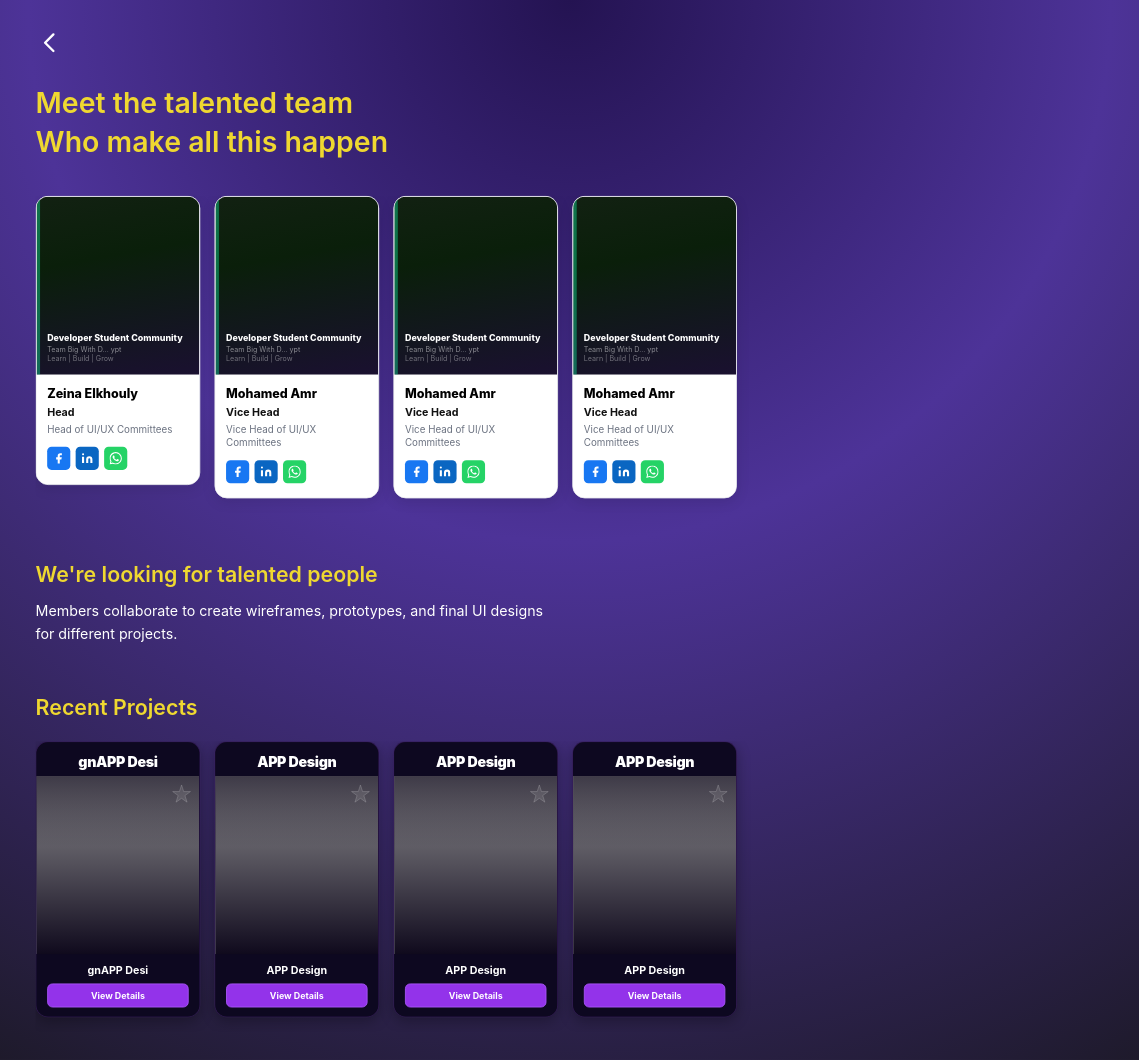
Repository: Frontend-Committee/StarUnion-Website
Page: /committees/artificial-intelligence
An editor plug-in stored every save of this project. The page is shown before and after a run of saves, followed by the edit.
The browser window is 1280 px wide. The pictures show the whole page, at 89% of full size.
Pictures or frames that could not be fetched are drawn as grey boxes. The project was rebuilt for these pictures with package versions that can differ from the ones it lists, and the page was loaded fresh each time. Also part of the build but not shown: vite.config.js, src/features/committees/components/CommitteeBadge.jsx, src/features/committees/components/CommitteeCard.jsx, src/features/committees/pages/CommitteesPage.jsx, src/components/common/Navbar.jsx, src/components/common/Footer.jsx.

Above is the page before, as saved 2026-02-26 03:31:56.

### index.html
<!doctype html>
<html lang="en">
  <head>
    <meta charset="UTF-8" />
    <meta name="viewport" content="width=device-width, initial-scale=1.0" />
    <title>star-union</title>
  </head>
  <body>
    <div id="root"></div>
    <script type="module" src="/src/main.jsx"></script>
  </body>
</html>

### src/App.jsx
import { BrowserRouter, Route, Routes } from "react-router-dom";
import "./App.css";

import CommitteeDetailsPage from "./features/committees/pages/CommitteeDetailsPage";
import CommitteesPage from "./features/committees/pages/CommitteesPage";
import MainLayout from "./layouts/MainLayout";

function App() {
  return (
    <BrowserRouter>
      <Routes>
        <Route element={<MainLayout />}>
          <Route path="/committees" element={<CommitteesPage />} />
          <Route path="/committees/:slug" element={<CommitteeDetailsPage />} />
          {/* Fallback — redirect to committees for now */}
          <Route path="*" />
        </Route>
      </Routes>
    </BrowserRouter>
  );
}

export default App;

### src/App.css
@tailwind base;
@tailwind components;
@tailwind utilities;

/* Import Inter from Google Fonts */
@import url("https://fonts.googleapis.com/css2?family=Inter:wght@400;500;600;700;800;900&display=swap");

/* Base global styles */
* {
  margin: 0;
  padding: 0;
  box-sizing: border-box;
}

html {
  scroll-behavior: smooth;
}

body {
  font-family:
    "Inter",
    -apple-system,
    BlinkMacSystemFont,
    "Segoe UI",
    Roboto,
    sans-serif;
  -webkit-font-smoothing: antialiased;
  -moz-osx-font-smoothing: grayscale;
}

/* Hide scrollbar utility */
.scrollbar-hide {
  -ms-overflow-style: none;
  scrollbar-width: none;
}
.scrollbar-hide::-webkit-scrollbar {
  display: none;
}

### src/features/committees/pages/CommitteeDetailsPage.jsx
import { motion } from "framer-motion";
import { useNavigate, useParams } from "react-router-dom";
import ScrollAnimation from "../../../components/ui/ScrollAnimation";
import {
  COMMITTEES_DATA,
  MOCK_PROJECTS,
  MOCK_TEAM_MEMBERS,
} from "../../../utils/constants";

/* ────────────────────────────────────────
   Team Member Card — matches Figma exactly
   • White card
   • Full-bleed dark photo area (top ~60%)
   • White bottom: purple name, bold role, gray desc, coloured social buttons
──────────────────────────────────────── */
const TeamCard = ({ member, delay = 0 }) => (
  <ScrollAnimation variant="fade-up" delay={delay} className="flex-shrink-0">
    <motion.div
      whileHover={{ y: -5, boxShadow: "0 16px 40px rgba(116,65,255,0.18)" }}
      transition={{ type: "spring", stiffness: 300, damping: 22 }}
      className="w-[185px] rounded-[14px] overflow-hidden border border-gray-200 bg-white flex flex-col"
      style={{ boxShadow: "0 4px 16px rgba(0,0,0,0.10)" }}
    >
      {/* ── Photo / Banner area ── */}
      <div
        className="relative w-full bg-[#111827] overflow-hidden"
        style={{ height: 200 }}
      >
        {member.photo ? (
          <img
            src={member.photo}
            alt={member.name}
            className="w-full h-full object-cover object-top"
          />
        ) : (
          /* DSC-style placeholder matching the Figma banner */
          <div
            className="w-full h-full flex flex-col justify-end p-3"
            style={{
              background:
                "linear-gradient(170deg, #122112 0%, #0a1f0a 35%, #1a1030 100%)",
            }}
          >
            {/* Green accent bar left */}
            <div className="absolute top-0 left-0 w-1 h-full bg-[#11EDA4]/40" />
            <p className="text-white font-extrabold text-[10px] leading-tight mb-0.5">
              Developer Student Community
            </p>
            <p className="text-white/50 text-[8px] leading-tight">
              Team Big With D... ypt
            </p>
            <p className="text-white/40 text-[8px]">Learn | Build | Grow</p>
          </div>
        )}
      </div>

      {/* ── Info section ── */}
      <div className="bg-white px-3 pt-3 pb-4 flex flex-col">
        <h4 className="text-primary font-extrabold text-[14px] leading-tight">
          {member.name}
        </h4>
        <p className="text-[#111] text-[12px] font-bold mt-[3px]">
          {member.role}
        </p>
        <p className="text-gray-500 text-[11px] leading-snug mt-[3px]">
          {member.description}
        </p>

        {/* Coloured icon buttons */}
        <div className="flex gap-[6px] mt-3">
          {member.socials?.facebook && (
            <a
              href={member.socials.facebook}
              className="w-[26px] h-[26px] rounded-[5px] bg-[#1877F2] flex items-center justify-center text-white hover:opacity-80 transition-opacity"
              aria-label="Facebook"
            >
              <svg
                viewBox="0 0 24 24"
                fill="currentColor"
                className="w-[14px] h-[14px]"
              >
                <path d="M18 2h-3a5 5 0 00-5 5v3H7v4h3v8h4v-8h3l1-4h-4V7a1 1 0 011-1h3z" />
              </svg>
            </a>
          )}
          {member.socials?.linkedin && (
            <a
              href={member.socials.linkedin}
              className="w-[26px] h-[26px] rounded-[5px] bg-[#0A66C2] flex items-center justify-center text-white hover:opacity-80 transition-opacity"
              aria-label="LinkedIn"
            >
              <svg
                viewBox="0 0 24 24"
                fill="currentColor"
                className="w-[14px] h-[14px]"
              >
                <path d="M16 8a6 6 0 016 6v7h-4v-7a2 2 0 00-4 0v7h-4v-7a6 6 0 016-6zM2 9h4v12H2zM4 6a2 2 0 100-4 2 2 0 000 4z" />
              </svg>
            </a>
          )}
          {member.socials?.instagram && (
            <a
              href={member.socials.instagram}
              className="w-[26px] h-[26px] rounded-[5px] bg-[#25D366] flex items-center justify-center text-white hover:opacity-80 transition-opacity"
              aria-label="WhatsApp"
            >
              <svg
                viewBox="0 0 24 24"
                fill="currentColor"
                className="w-[14px] h-[14px]"
              >
                <path d="M17.472 14.382c-.297-.149-1.758-.867-2.03-.967-.273-.099-.471-.148-.67.15-.197.297-.767.966-.94 1.164-.173.199-.347.223-.644.075-.297-.15-1.255-.463-2.39-1.475-.883-.788-1.48-1.761-1.653-2.059-.173-.297-.018-.458.13-.606.134-.133.298-.347.446-.52.149-.174.198-.298.298-.497.099-.198.05-.371-.025-.52-.075-.149-.669-1.612-.916-2.207-.242-.579-.487-.5-.669-.51-.173-.008-.371-.01-.57-.01-.198 0-.52.074-.792.372-.272.297-1.04 1.016-1.04 2.479 0 1.462 1.065 2.875 1.213 3.074.149.198 2.096 3.2 5.077 4.487.709.306 1.262.489 1.694.625.712.227 1.36.195 1.871.118.571-.085 1.758-.719 2.006-1.413.248-.694.248-1.289.173-1.413-.074-.124-.272-.198-.57-.347m-5.421 7.403h-.004a9.87 9.87 0 01-5.031-1.378l-.361-.214-3.741.982.998-3.648-.235-.374a9.86 9.86 0 01-1.51-5.26c.001-5.45 4.436-9.884 9.888-9.884 2.64 0 5.122 1.03 6.988 2.898a9.825 9.825 0 012.893 6.994c-.003 5.45-4.437 9.884-9.885 9.884m8.413-18.297A11.815 11.815 0 0012.05 0C5.495 0 .16 5.335.157 11.892c0 2.096.547 4.142 1.588 5.945L.057 24l6.305-1.654a11.882 11.882 0 005.683 1.448h.005c6.554 0 11.89-5.335 11.893-11.893a11.821 11.821 0 00-3.48-8.413z" />
              </svg>
            </a>
          )}
        </div>
      </div>
    </motion.div>
  </ScrollAnimation>
);

/* ────────────────────────────────────────
   Project Card — matches Figma exactly
   • Dark card
   • Top: full screenshot-style preview with overlay bold text
   • Bottom row: yellow project title + purple "View Details" button
──────────────────────────────────────── */
const ProjectCard = ({ project, delay = 0 }) => (
  <ScrollAnimation variant="fade-up" delay={delay} className="flex-shrink-0">
    <motion.div
      whileHover={{ y: -5, boxShadow: "0 16px 40px rgba(116,65,255,0.25)" }}
      transition={{ type: "spring", stiffness: 300, damping: 22 }}
      className="w-[185px] rounded-[14px] overflow-hidden border border-purple-500/20 bg-[#0d0820] flex flex-col"
      style={{ boxShadow: "0 4px 16px rgba(0,0,0,0.30)" }}
    >
      {/* ── Title on top centered ── */}
      <div className="px-3 pt-3 pb-2 text-center bg-[#0d0820]">
        <p className="text-white/50 text-[8px] font-semibold tracking-[0.08em] uppercase mb-[2px]">
          {project.subtitle}
        </p>
        <h4 className="text-white font-black text-[16px] leading-none tracking-tight">
          {project.title}
        </h4>
      </div>

      {/* ── Screenshot preview area ── */}
      <div className="relative w-full overflow-hidden" style={{ height: 200 }}>
        {/* Real background image */}
        <img
          src={project.image}
          alt={project.title}
          className="absolute inset-0 w-full h-full object-cover"
        />

        {/* Shadow overlay from bottom */}
        <div
          className="absolute inset-0"
          style={{
            background:
              "linear-gradient(to top, rgba(8,2,22,0.95) 0%, rgba(8,2,22,0.5) 50%, rgba(8,2,22,0.1) 100%)",
          }}
        />

        {/* Shadow overlay from top */}
        <div
          className="absolute inset-0"
          style={{
            background:
              "linear-gradient(to bottom, rgba(8,2,22,0.6) 0%, transparent 40%)",
          }}
        />

        {/* Decorative star top-right */}
        <div className="absolute top-2 right-2 opacity-50">
          <svg width="24" height="24" viewBox="0 0 24 24" fill="none">
            <path
              d="M12 2l2.4 7.4H22l-6.2 4.5 2.4 7.4L12 17l-6.2 4.3 2.4-7.4L2 9.4h7.6z"
              fill="white"
              fillOpacity="0.2"
              stroke="white"
              strokeOpacity="0.4"
              strokeWidth="1"
            />
          </svg>
        </div>
      </div>

      {/* ── Bottom bar — title + button centered ── */}
      <div className="px-3 py-[10px] flex flex-col items-center gap-2 bg-[#0d0820]">
        <p className="text-white font-bold text-[12px] leading-tight truncate">
          {project.title}
        </p>
        <button className="w-full px-3 py-[5px] text-[10px] text-white bg-purple-600 border border-purple-500 rounded-[6px] hover:bg-purple-500/80 transition-colors font-bold whitespace-nowrap text-center">
          View Details
        </button>
      </div>
    </motion.div>
  </ScrollAnimation>
);

/* ── main page ── */
export default function CommitteeDetailsPage() {
  const { slug } = useParams();
  const navigate = useNavigate();

  const committee = COMMITTEES_DATA.find((c) => c.slug === slug);

  if (!committee) {
    return (
      <div className="min-h-screen bg-gradientBg3 flex items-center justify-center">
        <p className="text-white text-h3">Committee not found</p>
      </div>
    );
  }

  return (
    <section className="min-h-screen bg-gradientBg3 py-8 px-4 md:px-8">
      <div className="max-w-[1200px] mx-auto">
        {/* Back button */}
        <ScrollAnimation variant="fade-right">
          <button
            onClick={() => navigate("/committees")}
            className="text-white hover:text-secondary transition-colors mb-8 flex items-center gap-2 group cursor-pointer"
            id="back-to-committees"
          >
            <svg
              className="w-8 h-8 group-hover:-translate-x-1 transition-transform"
              viewBox="0 0 24 24"
              fill="none"
              stroke="currentColor"
              strokeWidth="2"
            >
              <path
                strokeLinecap="round"
                strokeLinejoin="round"
                d="M15 19l-7-7 7-7"
              />
            </svg>
          </button>
        </ScrollAnimation>

        {/* Section: Meet the team */}
        <ScrollAnimation variant="fade-up" delay={100}>
          <div className="mb-10">
            <h1 className="text-tertiary text-h2 font-semibold leading-tight">
              Meet the talented team
            </h1>
            <h2 className="text-tertiary text-h2 font-semibold leading-tight mt-1">
              Who make all this happen
            </h2>
          </div>
        </ScrollAnimation>

        {/* Team members row */}
        <ScrollAnimation variant="fade-up" delay={200}>
          <div className="flex gap-4 overflow-x-auto pb-4 mb-14 scrollbar-hide">
            {MOCK_TEAM_MEMBERS.map((member, i) => (
              <TeamCard
                key={member.id + "-" + i}
                member={member}
                delay={i * 80}
              />
            ))}
          </div>
        </ScrollAnimation>

        {/* Section: Looking for talented people */}
        <ScrollAnimation variant="fade-up" delay={300}>
          <div className="mb-14">
            <h3 className="text-tertiary text-h3 font-semibold mb-3">
              We're looking for talented people
            </h3>
            <p className="text-white text-body font-normal max-w-xl leading-relaxed">
              Members collaborate to create wireframes, prototypes, and final UI
              designs for different projects.
            </p>
          </div>
        </ScrollAnimation>

        {/* Section: Recent Projects */}
        <ScrollAnimation variant="fade-up" delay={400}>
          <div>
            <h3 className="text-tertiary text-h3 font-semibold mb-6">
              Recent Projects
            </h3>

            <div className="flex gap-4 overflow-x-auto pb-4 scrollbar-hide">
              {MOCK_PROJECTS.map((project, i) => (
                <ProjectCard
                  key={project.id + "-" + i}
                  project={project}
                  delay={i * 80}
                />
              ))}
            </div>
          </div>
        </ScrollAnimation>
      </div>
    </section>
  );
}

### src/layouts/MainLayout.jsx
import { Outlet } from "react-router-dom";
import Navbar from "../components/common/Navbar";
import Footer from "../components/common/Footer";

export default function MainLayout() {
  return (
    <div className="flex flex-col min-h-screen">
      {/* <Navbar /> */}
      <main className="flex-1">
        <Outlet />
      </main>
      {/* <Footer /> */}
    </div>
  );
}

### src/components/ui/ScrollAnimation.jsx
import { useEffect, useRef, useState } from 'react';

export default function ScrollAnimation({
    children,
    className = '',
    variant = 'fade-up',
    delay = 0,
    style
}) {
    const [isVisible, setIsVisible] = useState(false);
    const ref = useRef(null);

    useEffect(() => {
        const observer = new IntersectionObserver(([entry]) => {
            if (!entry) return;
            if (entry.isIntersecting) {
                setIsVisible(true);
                observer.disconnect();
            }
        }, { threshold: 0.1 });

        if (ref.current) observer.observe(ref.current);
        return () => observer.disconnect();
    }, []);

    const variants = {
        'fade-up': 'translate-y-10',
        'fade-down': '-translate-y-10',
        'fade-left': 'translate-x-10',
        'fade-right': '-translate-x-10',
        'zoom-in': 'scale-95'
    };

    return (
        <div
            ref={ref}
            className={`transition-all duration-700 ease-out ${isVisible
                ? 'opacity-100 transform-none'
                : `opacity-0 ${variants[variant]}`
            } ${className}`}
            style={{ transitionDelay: `${delay}ms`, ...style }}
        >
            {children}
        </div>
    );
}

### tailwind.config.js
/** @type {import('tailwindcss').Config} */
module.exports = {
    darkMode: ["class"],
    content: ["./index.html", "./src/**/*.{js,jsx,ts,tsx}"],

  theme: {
  	container: {
  		center: true,
  		padding: {
  			DEFAULT: '16px',
  			lg: '24px'
  		}
  	},
  	extend: {
  		colors: {
  			primary: {
  				DEFAULT: 'hsl(var(--primary))',
  				foreground: 'hsl(var(--primary-foreground))'
  			},
  			secondary: {
  				DEFAULT: 'hsl(var(--secondary))',
  				foreground: 'hsl(var(--secondary-foreground))'
  			},
  			tertiary: '#EFD830',
  			background: 'hsl(var(--background))',
  			text: '#111111',
  			textInvert: '#FFFFFF',
  			muted: {
  				DEFAULT: 'hsl(var(--muted))',
  				foreground: 'hsl(var(--muted-foreground))'
  			},
  			card: {
  				DEFAULT: 'hsl(var(--card))',
  				foreground: 'hsl(var(--card-foreground))'
  			},
  			cardSoft: '#C8B5FC',
  			success: '#12B76A',
  			warning: '#F59E0B',
  			error: '#EF4444',
  			bg31: '#241352',
  			bg32: '#4D3398',
  			bg33: '#1E1A2B',
  			foreground: 'hsl(var(--foreground))',
  			popover: {
  				DEFAULT: 'hsl(var(--popover))',
  				foreground: 'hsl(var(--popover-foreground))'
  			},
  			accent: {
  				DEFAULT: 'hsl(var(--accent))',
  				foreground: 'hsl(var(--accent-foreground))'
  			},
  			destructive: {
  				DEFAULT: 'hsl(var(--destructive))',
  				foreground: 'hsl(var(--destructive-foreground))'
  			},
  			border: 'hsl(var(--border))',
  			input: 'hsl(var(--input))',
  			ring: 'hsl(var(--ring))',
  			chart: {
  				'1': 'hsl(var(--chart-1))',
  				'2': 'hsl(var(--chart-2))',
  				'3': 'hsl(var(--chart-3))',
  				'4': 'hsl(var(--chart-4))',
  				'5': 'hsl(var(--chart-5))'
  			}
  		},
  		backgroundImage: {
  			gradientBg3: 'radial-gradient(circle at top, #241352 0%, #4D3398 45%, #1E1A2B 100%)',
  			gradientFooter: 'linear-gradient(135deg, #E1D6FF 0%, #7441FF 100%)',
  			gradientBrand: 'linear-gradient(135deg, #7441FF 0%, #11EDA4 50%, #EFD830 100%)'
  		},
  		fontSize: {
  			h1: [
  				'44px',
  				{
  					lineHeight: '1.1',
  					fontWeight: '800'
  				}
  			],
  			h2: [
  				'32px',
  				{
  					lineHeight: '1.15',
  					fontWeight: '800'
  				}
  			],
  			h3: [
  				'24px',
  				{
  					lineHeight: '1.2',
  					fontWeight: '800'
  				}
  			],
  			h4: [
  				'20px',
  				{
  					lineHeight: '1.25',
  					fontWeight: '800'
  				}
  			],
  			body: [
  				'16px',
  				{
  					lineHeight: '1.6',
  					fontWeight: '800'
  				}
  			],
  			caption: [
  				'14px',
  				{
  					lineHeight: '1.4',
  					fontWeight: '800'
  				}
  			],
  			micro: [
  				'12px',
  				{
  					lineHeight: '1.35',
  					fontWeight: '800'
  				}
  			]
  		},
  		spacing: {
  			'1': '4px',
  			'2': '8px',
  			'3': '12px',
  			'4': '16px',
  			'6': '24px',
  			'8': '32px',
  			'12': '48px',
  			'16': '64px'
  		},
  		margin: {
  			'section-sm': '24px',
  			'section-md': '32px',
  			'section-lg': '48px',
  			'section-xl': '64px'
  		},
  		padding: {
  			'section-sm': '24px',
  			'section-md': '32px',
  			'section-lg': '48px',
  			'section-xl': '64px'
  		},
  		boxShadow: {
  			soft: '0 4px 10px rgba(0,0,0,0.1)'
  		},
  		borderRadius: {
  			card: '16px',
  			lg: 'var(--radius)',
  			md: 'calc(var(--radius) - 2px)',
  			sm: 'calc(var(--radius) - 4px)'
  		}
  	}
  },

  plugins: [require("tailwindcss-animate")],
};

Loaded but not shown: src/main.jsx (common file); src/utils/constants.js (183 lines, source omitted)

After the next 2 saves:
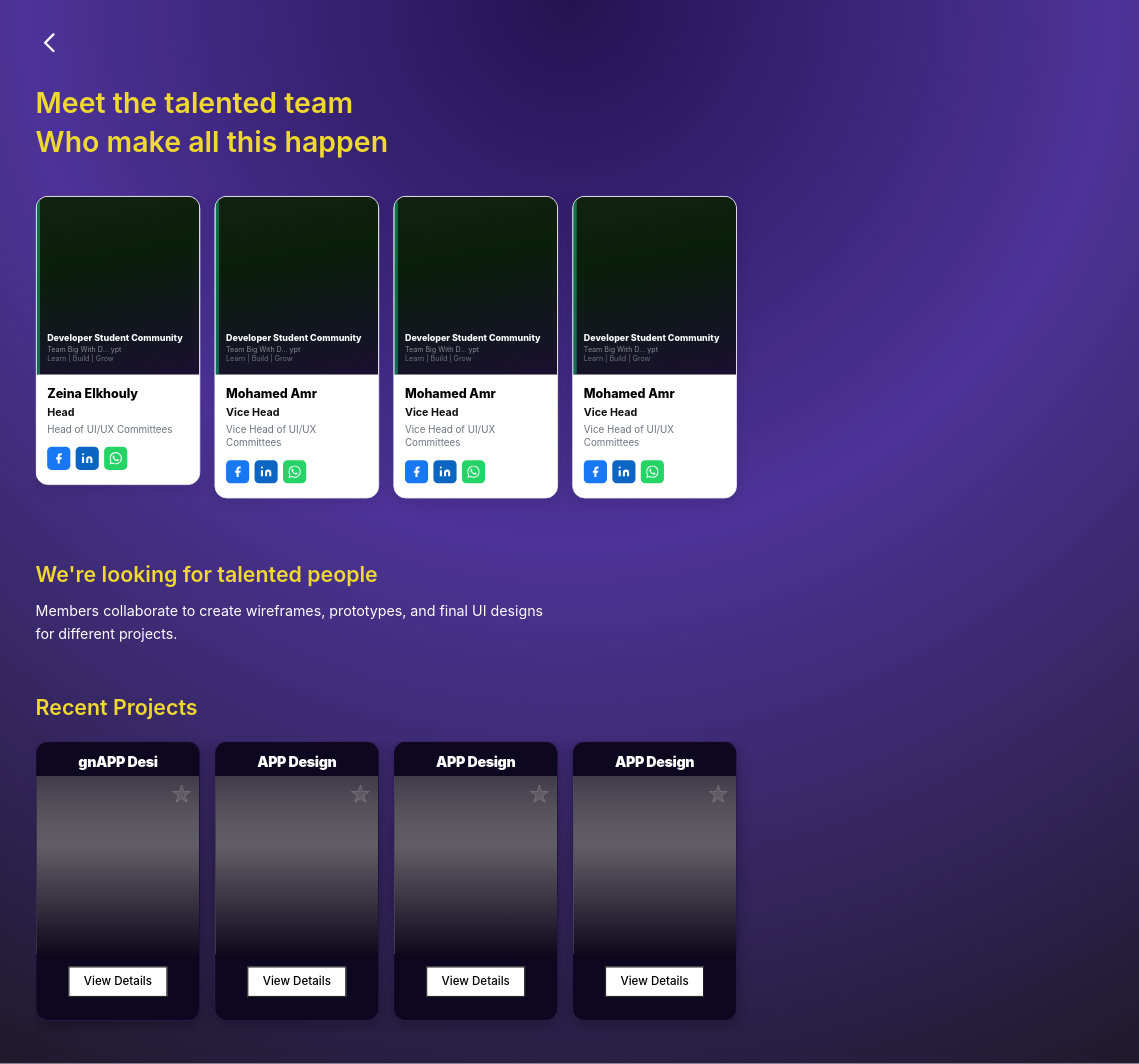
The 2 saves are shown as one change because they came seconds apart.
The last was saved 76 s later.
--- a/src/features/committees/pages/CommitteeDetailsPage.jsx
+++ b/src/features/committees/pages/CommitteeDetailsPage.jsx
@@ -187,12 +187,12 @@ const ProjectCard = ({ project, delay = 0 }) => (
 
       {/* ── Bottom bar — title + button centered ── */}
       <div className="px-3 py-[10px] flex flex-col items-center gap-2 bg-[#0d0820]">
-        <p className="text-white font-bold text-[12px] leading-tight truncate">
-          {project.title}
-        </p>
-        <button className="w-full px-3 py-[5px] text-[10px] text-white bg-purple-600 border border-purple-500 rounded-[6px] hover:bg-purple-500/80 transition-colors font-bold whitespace-nowrap text-center">
-          View Details
-        </button>
+
+      <div className="px-3 pb-4 pt-1 mx-auto">
+            <span className="inline-block px-4 py-[6px] text-[13px] bg-white text-primary border border-primary rounded-md font-medium hover:bg-white/70 hover:text-primary transition duration-200">
+              View Details
+            </span>
+          </div>
       </div>
     </motion.div>
   </ScrollAnimation>
